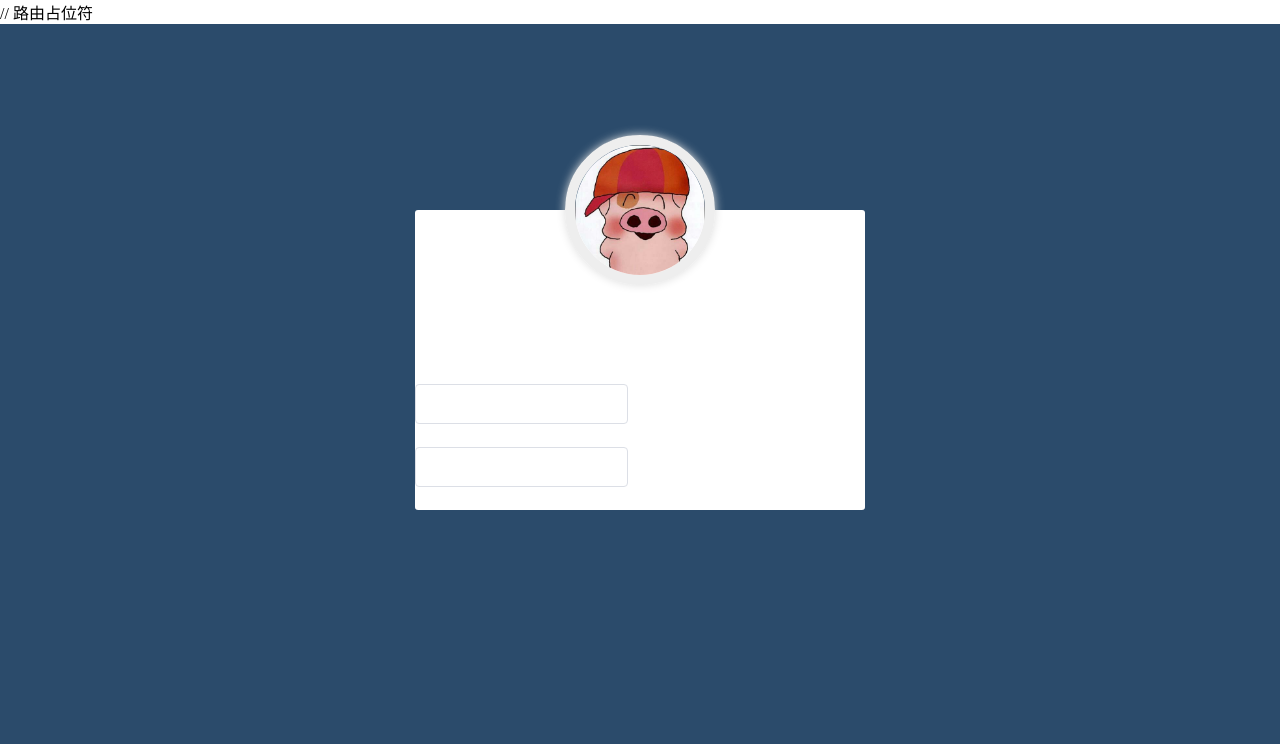
Repository: Japcy/onetwothree
Page: /
These files come from the project's save history. The page is drawn as it stood at one moment and after the next save; the edit follows.
The browser window is 1280 px wide. The pictures show the whole page.
The project was rebuilt for these pictures with package versions that can differ from the ones it lists, and the page was loaded fresh each time.

Above is the page before, as saved 2020-02-29 00:06:44.

### src/main.js
import Vue from 'vue'
import App from './App.vue'
import router from './router'
import './plugins/element.js'
// 导入全局样式表
import './assets/css/global.css'

Vue.config.productionTip = false

new Vue({
  router,
  render: h => h(App)
}).$mount('#app')

### src/App.vue
<template>
  <div id="app">
    // 路由占位符
    <router-view></router-view>
  </div>
</template>

<script>

export default {
  name: 'app',
  components: {
  }
}
</script>

<style>

</style>

### src/router/index.js
import Vue from 'vue'
import VueRouter from 'vue-router'
import Login from '../components/Login.vue'

Vue.use(VueRouter)

const routes = [
  {
    path: '/',
    redirect: '/login'
  },
  {
    path: '/login',
    component: Login
  }
]

const router = new VueRouter({
  routes
})

export default router

### src/components/Login.vue
<template>
  <div class="login">
    <div class="login-box">
      <div class="avatar">
        <img src="../assets/img/logo.jpg" alt />
      </div>
      <!-- 登录表单区 -->
      <div class="login-form">
        <el-form label-width="0px">
          <!-- 用户名 -->
          <el-form-item>
            <el-input></el-input>
          </el-form-item>
          <!-- 密码 -->
          <el-form-item>
            <el-input></el-input>
          </el-form-item>
        </el-form>
      </div>
      <!-- 按钮区域 -->
      <el-form-item class="btns">
        <el-button type="primary">登录</el-button>
        <el-button type="info">重置</el-button>
      </el-form-item>
    </div>
  </div>
</template>

<script type="text/ecmascript-6">
export default {
  name: 'login',
  data () {
    return {}
  },
  components: {},
  methods: {}
}
</script>

<style lang="less" scoped>
.login {
  background-color: #2b4b6b;
  height: 100%;
}
.login-box {
  width: 450px;
  height: 300px;
  background-color: #fff;
  border-radius: 3px;
  position: absolute;
  left: 50%;
  top: 50%;
  transform: translate(-50%, -50%);

  .avatar {
    width: 130px;
    height: 130px;
    border: 10px solid #eee;
    border-radius: 50%;
    overflow: hidden;
    box-shadow: 0 0 10px #ddd;
    position: absolute;
    left: 50%;
    transform: translate(-50%, -50%);

    img {
      width: 100%;
      height: auto;
    }
  }
}
.login-form {
  position: absolute;
  bottom: 0;
  widows: 100%;
}
.btns {
  display: flex;
  justify-content: flex-end;
}
</style>

Loaded but not shown: public/index.html (common file); src/plugins/element.js (common file); src/assets/css/global.css (common file)

After the next save:
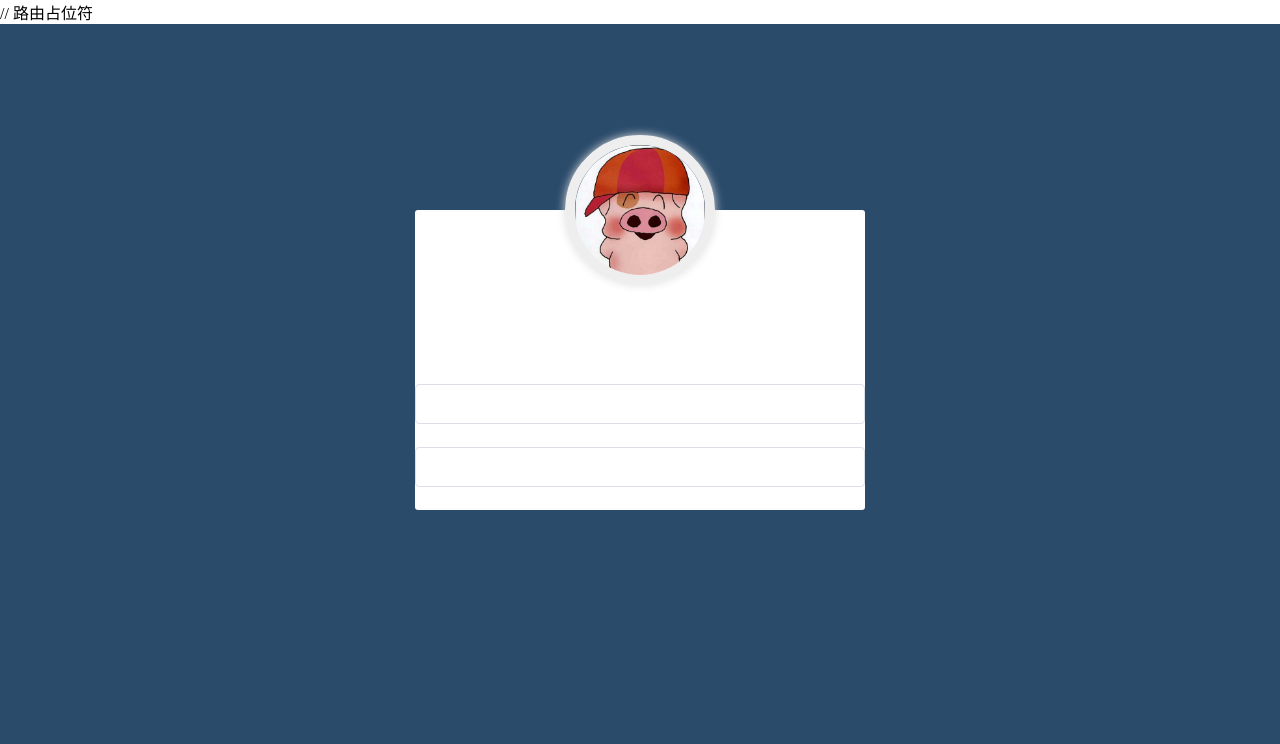
Saved 37 s later.
--- a/src/components/Login.vue
+++ b/src/components/Login.vue
@@ -72,7 +72,7 @@ export default {
 .login-form {
   position: absolute;
   bottom: 0;
-  widows: 100%;
+  width: 100%;
 }
 .btns {
   display: flex;
